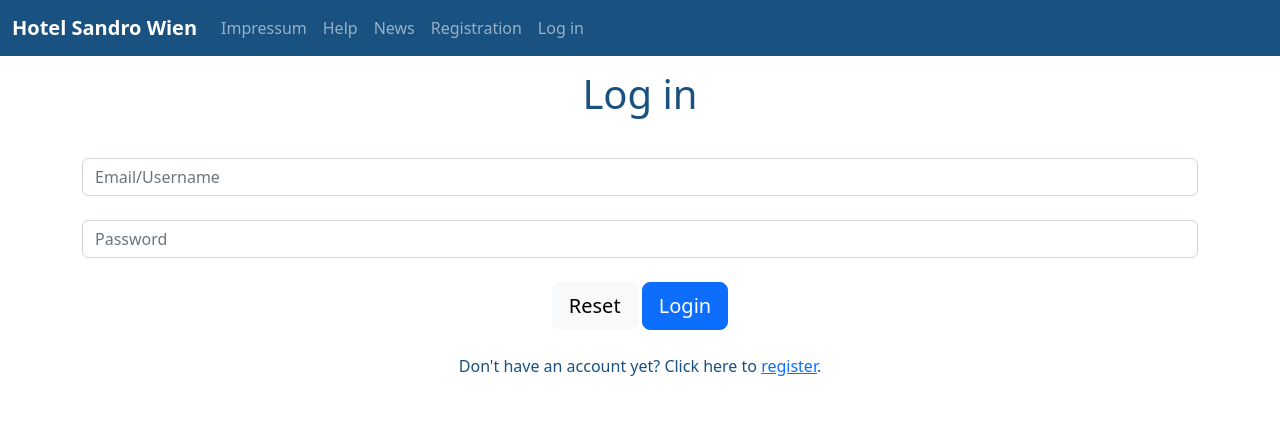
Repository: TIS0N/Hotel_Sandro
Page: http://localhost/pages/login.php
These files come from the project's save history. The page is drawn as it stood at one moment and after the next save; the edit follows.
The browser window is 1280 px wide. The pictures show the whole page.
The page is run by PHP 8.4 with error messages shown; the project is at /var/www/html/.

Above is the page before, as saved 2023-01-16 00:56:05.

### pages/login.php
<!DOCTYPE html>
<html lang="en">
<head>
    <meta charset="UTF-8">
    <meta http-equiv="X-UA-Compatible" content="IE=edge">
    <meta name="viewport" content="width=device-width, initial-scale=1.0">
    <link href="https://cdn.jsdelivr.net/npm/bootstrap@5.2.2/dist/css/bootstrap.min.css" rel="stylesheet" integrity="sha384-Zenh87qX5JnK2Jl0vWa8Ck2rdkQ2Bzep5IDxbcnCeuOxjzrPF/et3URy9Bv1WTRi" crossorigin="anonymous">
    <script src="https://cdn.jsdelivr.net/npm/bootstrap@5.2.2/dist/js/bootstrap.bundle.min.js" integrity="sha384-OERcA2EqjJCMA+/3y+gxIOqMEjwtxJY7qPCqsdltbNJuaOe923+mo//f6V8Qbsw3" crossorigin="anonymous"></script>
    <link rel="stylesheet" href="../res/css/stylesheet.css">
    <title>Hotel Sandro Wien - Log In</title>
</head>
<body id="body">

<?php
include "../inc/navigation.php";
?>

    <h1>Log in</h1><br>

    <section class="login-form">
        <div class="container text-center">
            <div class="row align-items-end">
                <div class="col-ms-4">
                    <form role="form" id="registration-form" action="../inc/login.inc.php" method="post">
                        <h5 class="text-center"></h5>
                        <input type="username" class="form-control" name="usersUid" placeholder="Email/Username"></br>
                        <input type="password" class="form-control" name="pwd" placeholder="Password"><br>
                        <button class="btn btn-lg btn-light btn-block" type="reset" name="reset">Reset</button>
                        <button class="btn btn-lg btn-primary btn-block" type="submit" name="submit">Login</button>
                    </form>
                </div>
            </div>
        </div>

        <?php
            if(isset($_GET["error"])){
                if($_GET["error"] == "emptyinput"){
                    echo "<p>Fill in all fields</p>";
                }
                else if($_GET["error"] == "wronglogin"){
                    echo "<p>Incorrect login information!</p>";
                }
            }
        ?>

        <br><p>Don't have an account yet? Click here to <a href="registration.php">register</a>.</p>

    </section>

<?php
include "footer.php";
?>

</body>
</html>

### inc/navigation.php
<?php
    if(file_exists("./index.php")){
        $includePath = ".";
    }
    else{
        $includePath = "..";
    }

    include_once "$includePath/config/dbaccess.php";
?>

<div id="navBar">
        <nav class="navbar fixed-top navbar-expand-lg navbar-dark" style="background-color: #195181;">
            <div class="container-fluid">
                <a class="navbar-brand" href= <?php echo "$includePath/index.php"?> style="color: rgb(255, 255, 255);"><strong>Hotel Sandro Wien</strong></a>
                <button class="navbar-toggler" type="button" data-bs-toggle="collapse" data-bs-target="#navbarNav" aria-controls="navbarNav" aria-expanded="false" aria-label="Toggle navigation">
                    <span class="navbar-toggler-icon"></span>
                </button>
                <div class="collapse navbar-collapse" id="navbarNav">
                    <ul class="navbar-nav">
                        <li class="nav-item">
                            <a class="nav-link"href= <?php echo "$includePath/pages/impressum.php"?> class="navbar-brand">Impressum</a>
                        </li>
                        <li class="nav-item">
                            <a class="nav-link" href=<?php echo "$includePath/pages/help.php"?> class="navbar-brand">Help</a>
                        </li>
                        <li class="nav-item">
                            <a class="nav-link" href=<?php echo "$includePath/pages/news.php"?> class="navbar-brand">News</a>
                        </li>

                        <?php
                        if(isset($_SESSION["useruid"])){
                            $userID = "SELECT id FROM users";
                            echo "<li class='nav-item'><a class='nav-link' href=" . "$includePath/pages/profile.php" . " class='navbar-brand'>Profile</a></li>";
                            echo "<li class='nav-item'><a class='nav-link' href=" . "$includePath/inc/logout.inc.php" . " class='navbar-brand'>Log out</a></li>";
                        }else{
                            echo "<li class='nav-item'><a class='nav-link' href=" . "$includePath/pages/registration.php" . " class='navbar-brand'>Registration</a></li>";
                            echo "<li class='nav-item'><a class='nav-link' href=" . "$includePath/pages/login.php" . " class='navbar-brand'>Log in</a></li>";
                        }
                        ?>

                    </ul>
                </div>
            </div>
        </nav>
    </div>

### config/dbaccess.php
<?php
    $host = "localhost";
    $username = "root";
    $password = "";
    $database = "hotelsandrodb";

    $conn=mysqli_connect($host, $username, $password, $database);

    if(!$conn){
        die("Connection failed: ".mysqli_connect_error());
    }
?>

### pages/footer.php
<footer class="bg text-white text-center justify-content-center fixed-bottom" style="color:#195181;">
      <div class="container">
        <p class="lead">Copyright &copy; 2022 Hotel Sandro Wien</p>

        <a href="index.php" class="position-absolute bottom-0 end-0 p-5">
          <i class="bi bi-arrow-up-circle h1"></i>
        </a>
      </div>
    </footer>

### res/css/stylesheet.css
body{
    /*background-color: rgb(63, 72, 84);*/
    background-color: white;
    color: #195181;
    padding-top: 70px;
    padding-bottom: 70px;
    text-align: center;
    /*font-family: cursive;*/
}

#hotelSandroPhoto{
    width: 600px;
    max-width: 100%;
    aspect-ratio: 4/3;
}

#formular{
    background-color: #195181;
    /*border-radius: 10px;*/
    border-color: rgb(255, 255, 255);
    border-style: double;
}

table{
    font-family: arial, sans-serif;
  border-collapse: collapse;
  width: 100%;
}

td, th {
  border: 1px solid #dddddd;
  text-align: left;
  padding: 8px;
}

tr:nth-child(even) {
  background-color: #dddddd;
}
/*
#registration-form{
    padding-left: 600px;
    padding-right: 600px;

}
*/

After the next save:
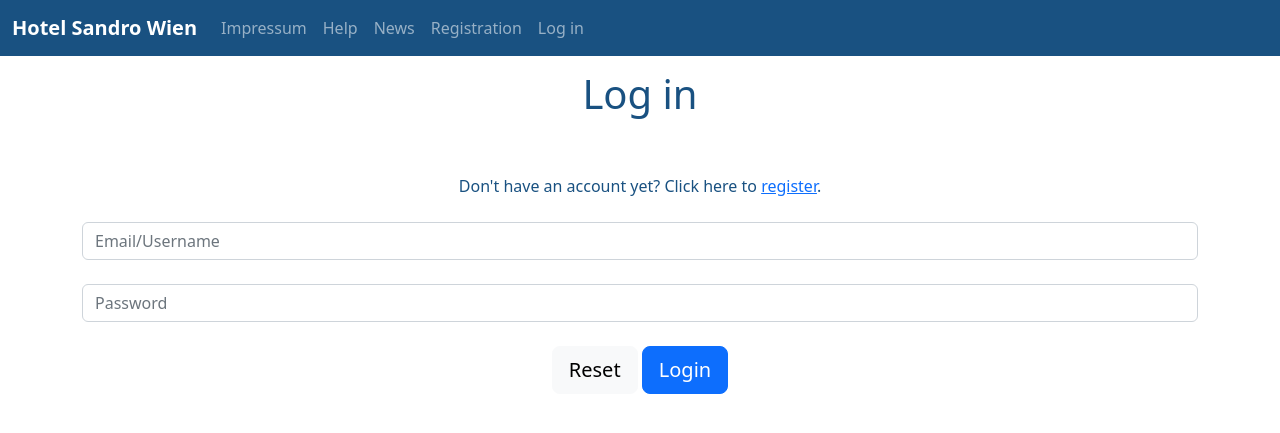
Saved 17 s later.
--- a/pages/login.php
+++ b/pages/login.php
@@ -16,6 +16,8 @@ include "../inc/navigation.php";
 ?>
 
     <h1>Log in</h1><br>
+
+    <br><p>Don't have an account yet? Click here to <a href="registration.php">register</a>.</p>
 
     <section class="login-form">
         <div class="container text-center">
@@ -43,8 +45,6 @@ include "../inc/navigation.php";
             }
         ?>
 
-        <br><p>Don't have an account yet? Click here to <a href="registration.php">register</a>.</p>
-
     </section>
 
 <?php
